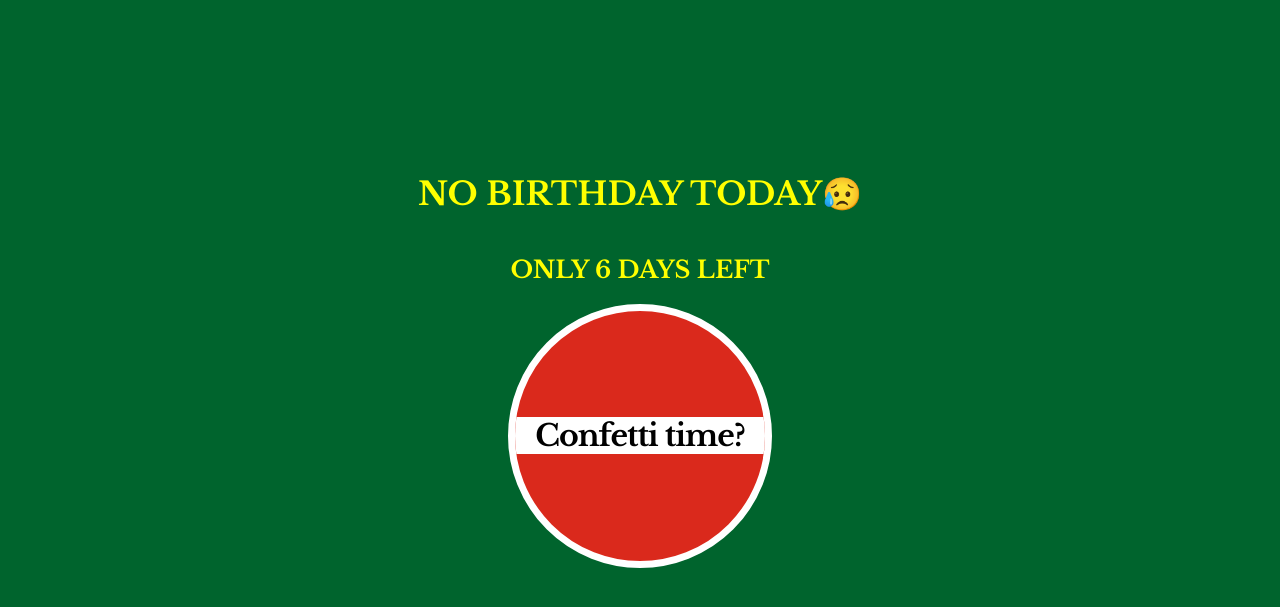
Repository: David-Waite/HannahsBirthdayWebsite
Page: /
The author's editor kept a copy of each file at every save. The page is drawn from the files as they stood at one save, then again after the next save.
The browser window is 1280 px wide. The pictures show the whole page.
The project was rebuilt for these pictures with package versions that can differ from the ones it lists, and the page was loaded fresh each time.

Above is the page before, as saved 2023-03-30 18:37:53.

After the next save:
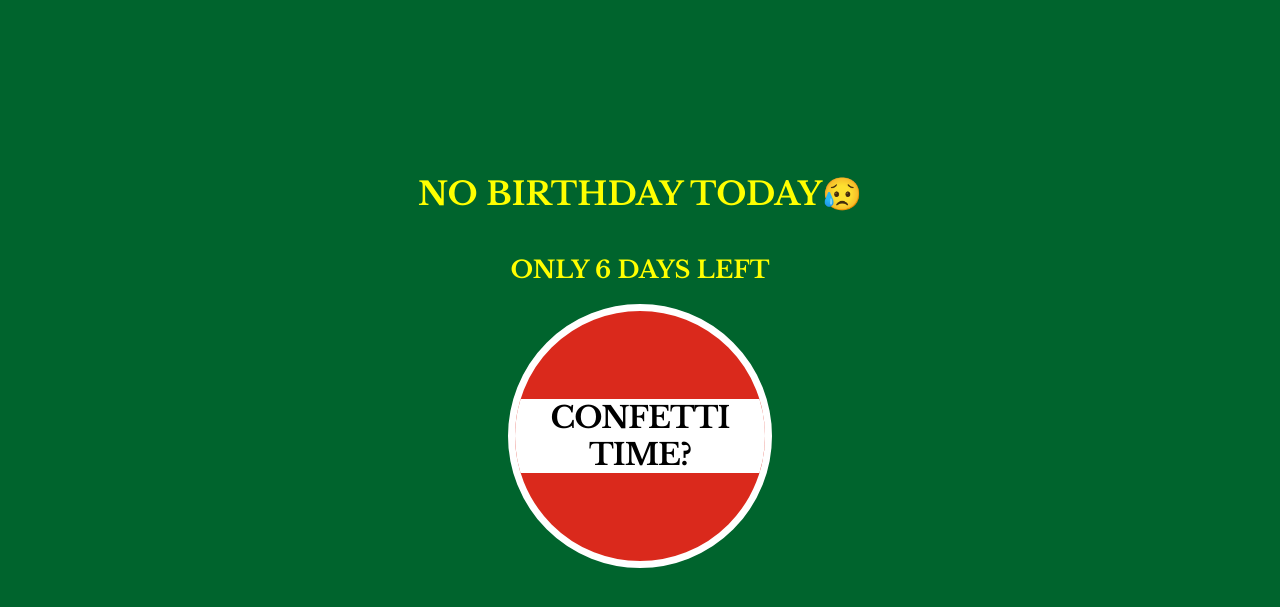
Saved 22 s later.
--- a/src/App.js
+++ b/src/App.js
@@ -6,7 +6,7 @@ import { useState } from "react";
 
 function App() {
   const [confetti, setConfetti] = useState(null);
-  const [buttonText, setButtonText] = useState("Confetti time?");
+  const [buttonText, setButtonText] = useState("CONFETTI TIME?");
   function isBirthdayToday() {
     const date = new Date();
     if (date.getMonth() === 3 && date.getDate() === 5) {
